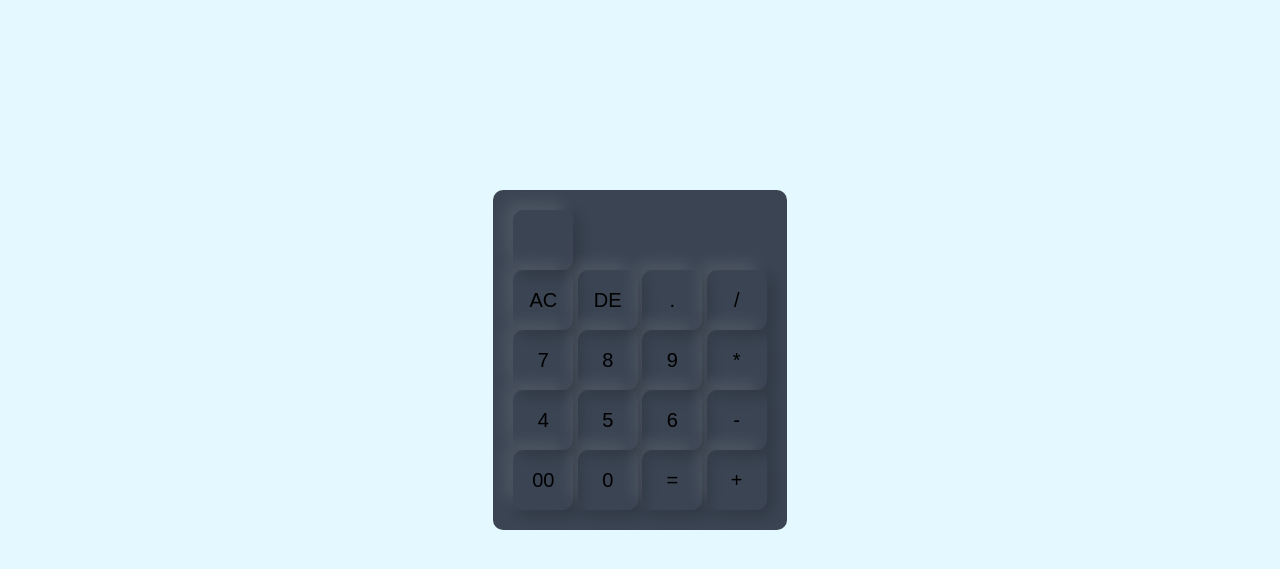
Repository: YAAMAR/calculator
Page: index.html
The author's editor kept a copy of each file at every save. The page is drawn from the files as they stood at one save, then again after the next save.
The browser window is 1280 px wide. The pictures show the whole page.

Above is the page before, as saved 2024-05-02 21:35:32.

### index.html
<!DOCTYPE html>
<html lang="en">
<head>
    <meta charset="UTF-8">
    <meta name="viewport" content="width=device-width, initial-scale=1.0">
    <title>Calculator using javascript-Easy Tutorials</title>
    <link rel="stylesheet" href="style.css">
</head>
<body>
    <div class="container">
        <div class="calculator">
            <form >
                <div>
                    <input type="text" name="display">

                </div>
                <div>
                    <input type="button" value="AC">
                    <input type="button" value="DE">
                    <input type="button" value=".">
                    <input type="button" value="/">
                    <div>
                        <input type="button" value="7">
                        <input type="button" value="8">
                        <input type="button" value="9">
                        <input type="button" value="*">
                    </div>
                    <div>
                        <input type="button" value="4">
                        <input type="button" value="5">
                        <input type="button" value="6">
                        <input type="button" value="-"></div>
                </div>
                <div>
                      <input type="button" value="00">
                    <input type="button" value="0">
                    <input type="button" value="=">
                    <input type="button" value="+"></div>
            </form>
        </div>

    </div>
</body>
</html>

### style.css
*{
    margin: 0;
    padding: 0;
    font-family: 'poppies',sans-serif;
    box-sizing: border-box;
}
.container{
    width: 100%;
    height: 100vh;
    background: #e3f9ff;
    display: flex;
    align-items: center;
    justify-content: center;
}
.calculator{
    background: #3a4452;
    padding: 20px;
    border-radius: 10px;
}
.calculator form input{
    border: 0;
    outline: 0;
    width: 60px;
    height: 60px;
    border-radius: 10px;
    box-shadow: -8px -8px 15px rgba(255, 255, 255, 0.1),5px 5px 15px rgba(0, 0, 0, 0.2);
    background: transparent;
    font-size: 20px;
    color: #;
}

After the next save:
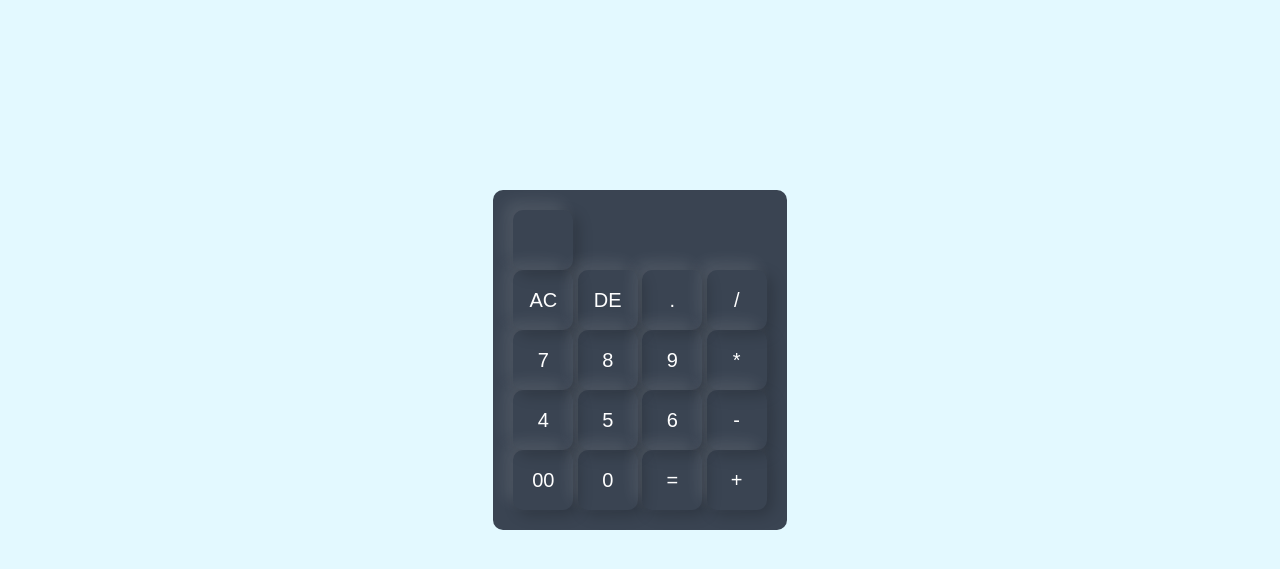
Saved 4 s later.
--- a/style.css
+++ b/style.css
@@ -26,5 +26,5 @@
     box-shadow: -8px -8px 15px rgba(255, 255, 255, 0.1),5px 5px 15px rgba(0, 0, 0, 0.2);
     background: transparent;
     font-size: 20px;
-    color: #;
+    color: #fff;
 }
